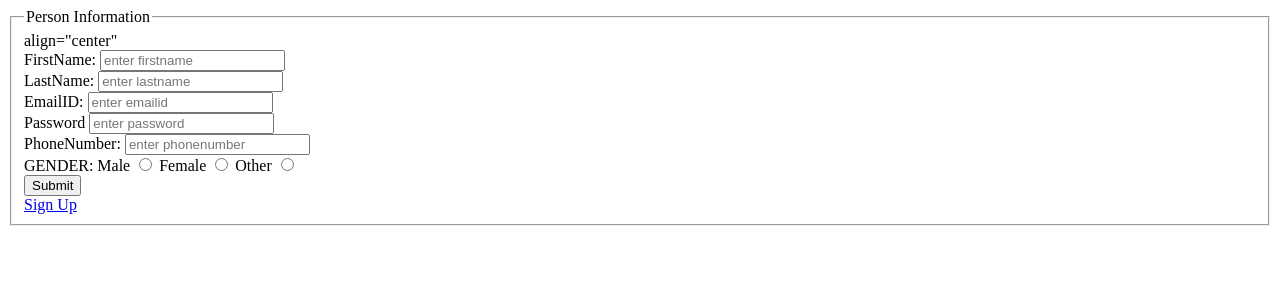
Repository: Tharungandhi/ServeltProject
Page: LginRegistrationApp/WebContent/registration.html
The author's editor kept a copy of each file at every save. The page is drawn from the files as they stood at one save, then again after the next save.
The browser window is 1280 px wide. The pictures show the whole page.

Above is the page before, as saved 2019-01-22 10:29:23.

After the next save:
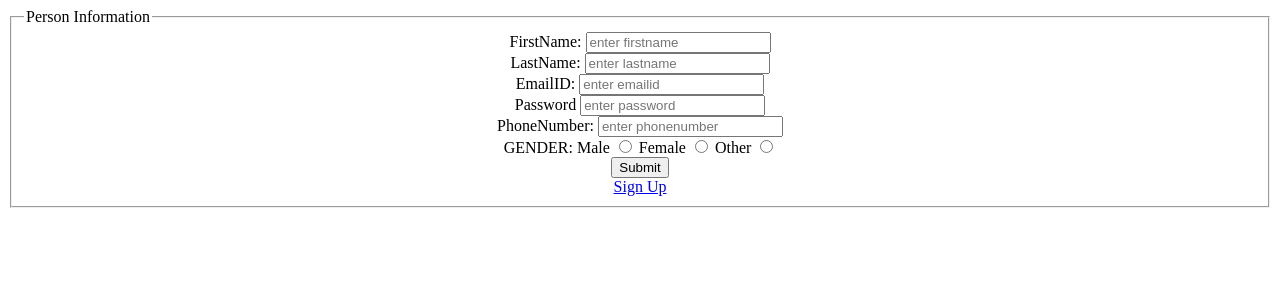
Saved 16 s later.
--- a/LginRegistrationApp/WebContent/registration.html
+++ b/LginRegistrationApp/WebContent/registration.html
@@ -9,7 +9,7 @@
 
 <fieldset>
 <legend>Person Information</legend>
-<div>align="center"
+<div align="center">
 <div>
 <label>FirstName:</label>
 <input type="text" name="firstname"  placeholder="enter firstname" value="" required/> </div>
